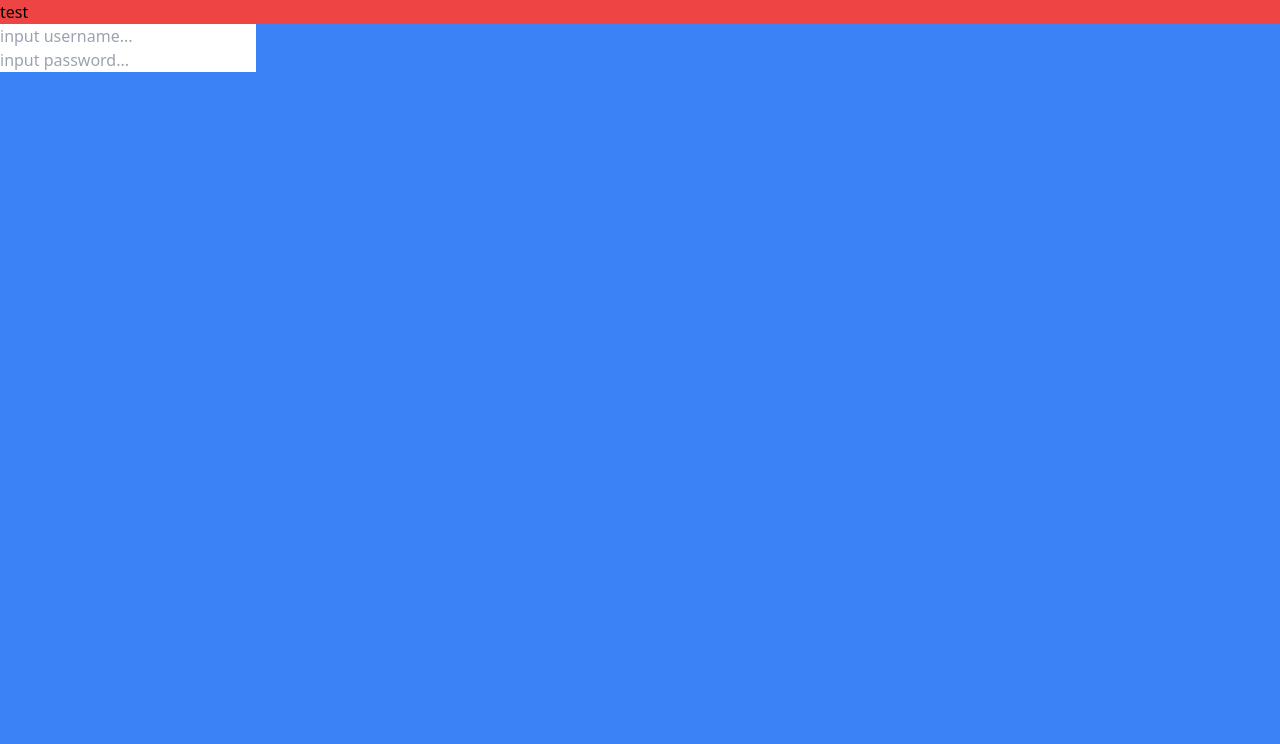
Repository: HAONANTAO/MERN_chat_app
Page: / (app in client/)
An editor plug-in stored every save of this project. The page is shown before and after the next save, followed by the edit.
The browser window is 1280 px wide. The pictures show the whole page.
The project was rebuilt for these pictures with package versions that can differ from the ones it lists, and the page was loaded fresh each time. Also part of the build but not shown: client/vite.config.js.

Above is the page before, as saved 2024-03-18 15:25:21.

### client/src/App.jsx
import Register from "./Register";

function App() {
  return (
    <>
      <div className="bg-red-500">test</div>
      <Register></Register>
    </>
  );
}

export default App;

### client/src/Register.jsx
import React from "react";

const Register = () => {
  return (
    <div className="bg-blue-500 h-screen">
      <form className="w-64">
        <input
          type="text"
          placeholder="input username..."
          className="block w-full"></input>
        <input
          type="password"
          placeholder="input password..."
          className="block w-full"></input>
      </form>
    </div>
  );
};

export default Register;

### client/tailwind.config.js
/** @type {import('tailwindcss').Config} */
export default {
  content: ["./src/*.jsx"],
  theme: {
    extend: {},
  },
  plugins: [],
};

Loaded but not shown: client/index.html (common file); client/src/main.jsx (common file); client/src/index.css (common file)

After the next save:
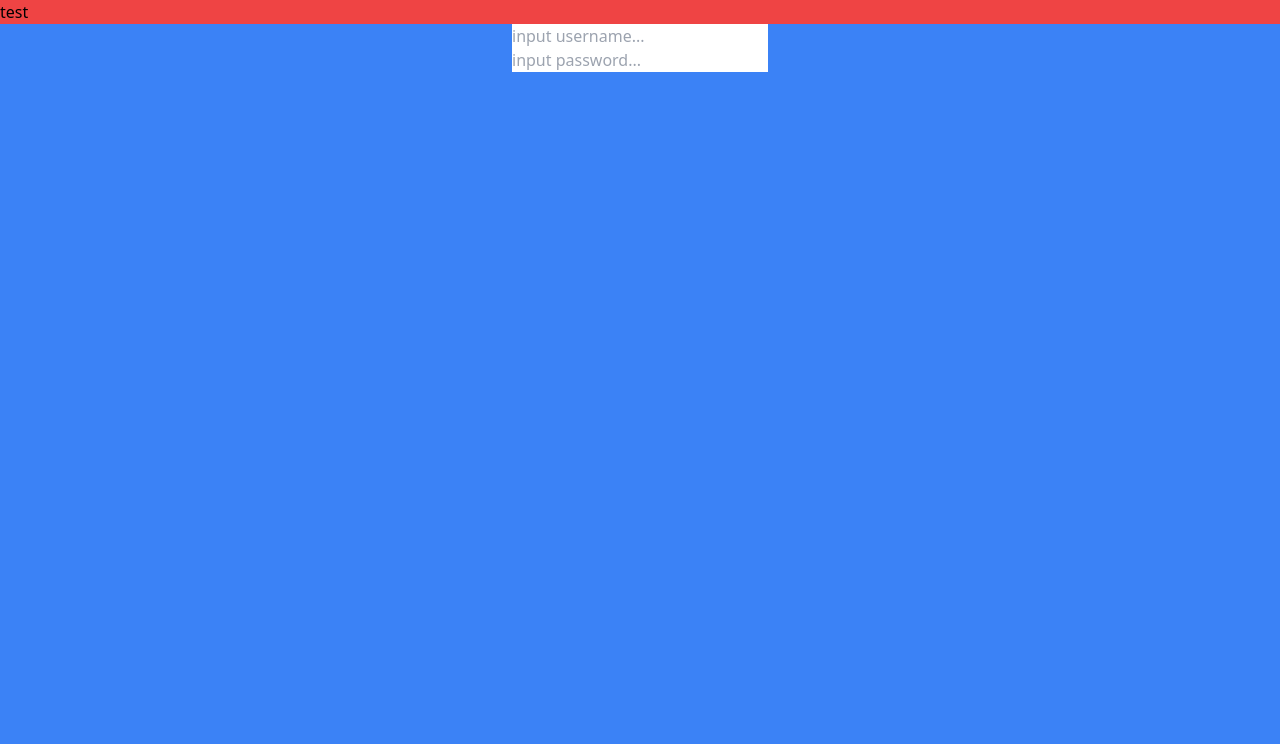
Saved 18 s later.
--- a/client/src/Register.jsx
+++ b/client/src/Register.jsx
@@ -3,7 +3,7 @@
 const Register = () => {
   return (
     <div className="bg-blue-500 h-screen">
-      <form className="w-64">
+      <form className="w-64 mx-auto">
         <input
           type="text"
           placeholder="input username..."

After the 4 saves that followed:
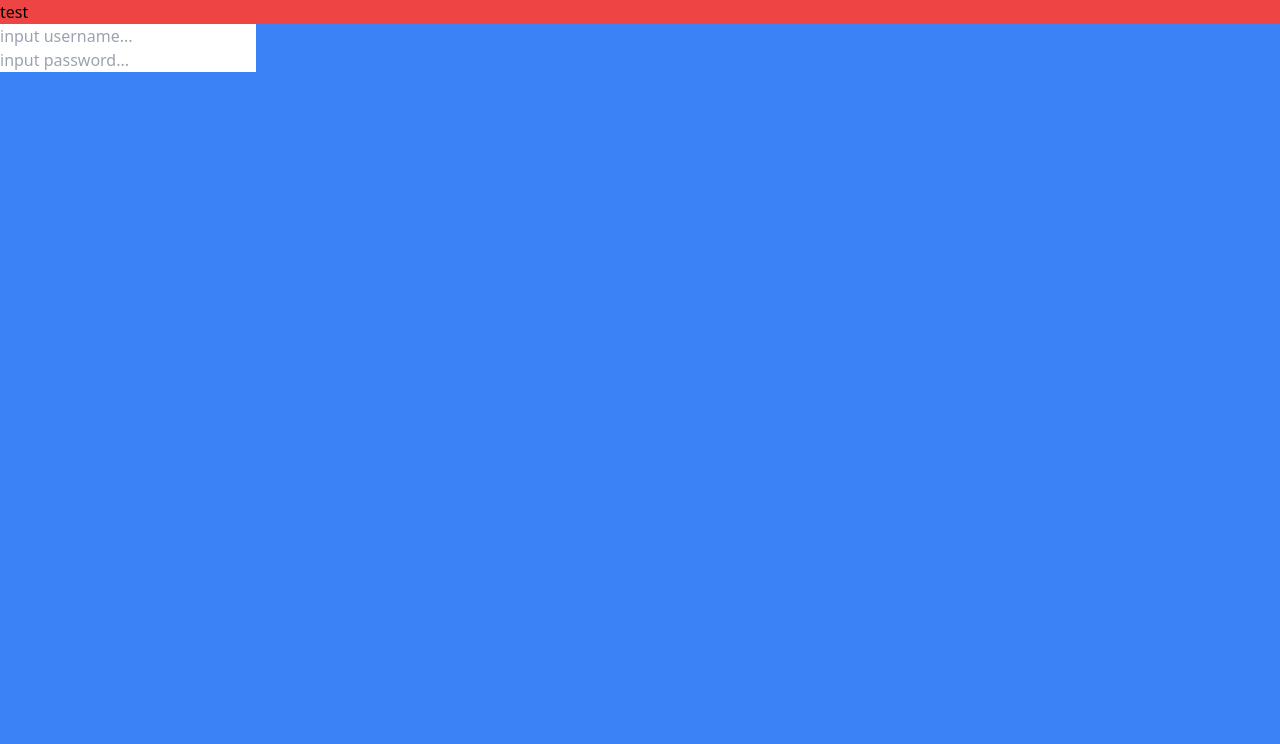
The 4 saves are shown as one change because 3 left the picture as it was.
The last was saved 40 s later.
--- a/client/src/Register.jsx
+++ b/client/src/Register.jsx
@@ -3,7 +3,8 @@
 const Register = () => {
   return (
     <div className="bg-blue-500 h-screen">
-      <form className="w-64 mx-auto">
+      {/* margin auto == center */}
+      <form className="w-64 ">
         <input
           type="text"
           placeholder="input username..."
